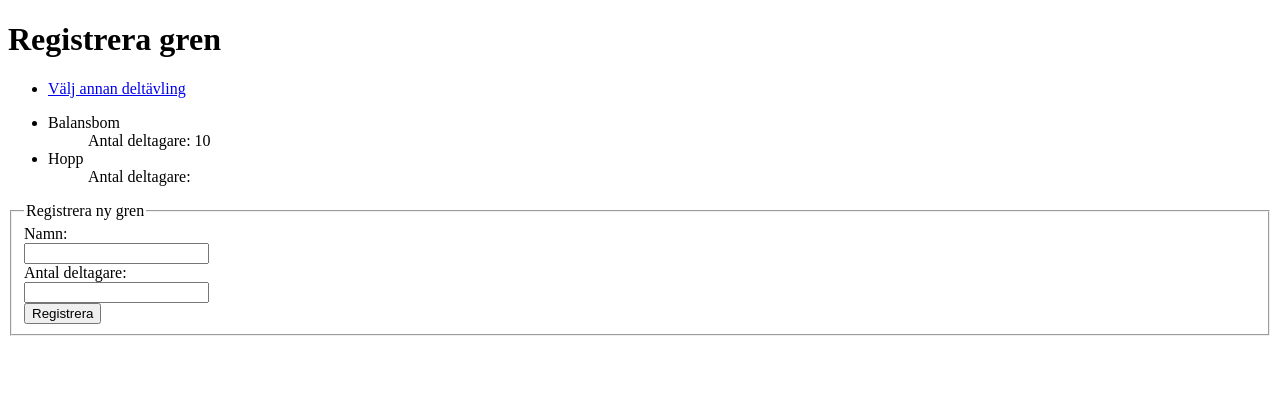
Repository: dt222cc/1dv404-dt222cc-laborationer
Page: Laboration 3/Registrera Gren/registreraGren.html
The author's editor kept a record of every edit. The page is drawn from the files as they stood at one moment, then again after the next edit.
The browser window is 1280 px wide. The pictures show the whole page.

Above is the page before.

### Laboration 3/Registrera Gren/registreraGren.html
<!DOCTYPE html>
<html lang="sv">
    <head>
    	<meta charset="UTF-8" />
     	<title>Registrera Gren</title>
        <link rel="stylesheet" type="text/css" href="css/style.css">
    </head>

    <body>
        <div id="container">
            <header>
                <h1>Registrera gren</h1>
            </header>

            <nav>
                <ul>
                    <li><a href="#">Välj annan deltävling</a></li>
                </ul>
            </nav>

            <main>
                <div id="main">

                    <div id="grenar">
                        <ul id="grenID">
                            <li id="gren1">
                                <dt>Balansbom</dt>
                                <dd>Antal deltagare: 10</dd>
                            </li>
                            <li id="gren2">
                                <dt>Hopp</dt>
                                <dd>Antal deltagare: </dd>
                            </li>
                        </ul>
                    </div>

                    <form name="registreragrenform" id="registreragrenform" method="post" action="">
                        <fieldset>
                            <legend>Registrera ny gren</legend>

                            <label for="namn">Namn:</label> <br />
                            <input type="text" name="namn" id="name" /> <br />

                            <label for="storlek">Antal deltagare:</label> <br />
                            <input type="text" name="storlek" id="size" /> <br />

                            <input type="button" id="register" value="Registrera" />
                        </fieldset>
                    </form>
                </div>
            </main>
        </div>

        <script type="text/javascript" src="script/registreraGren.js"></script>
    </body>
</html>

Loaded but not shown: Laboration 3/Registrera Gren/script/registreraGren.js (no copy from this time; the picture is the same without it); Laboration 3/Registrera Gren/css/style.css (no stored copy; drawn as an empty file)

After the next edit:
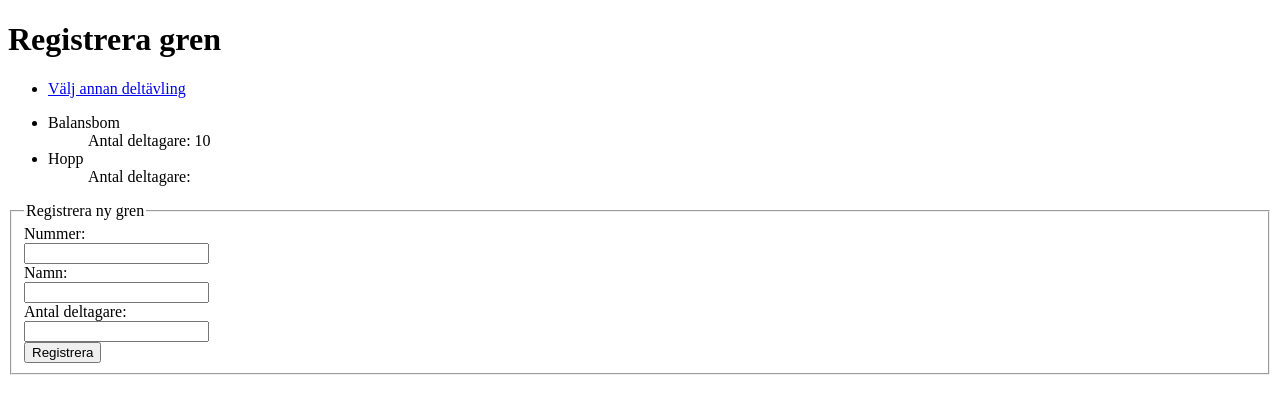
The edit:
--- a/Laboration 3/Registrera Gren/registreraGren.html
+++ b/Laboration 3/Registrera Gren/registreraGren.html
@@ -38,6 +38,9 @@
                         <fieldset>
                             <legend>Registrera ny gren</legend>
 
+                            <label for="nummer">Nummer:</label> <br />
+                            <input type="text" name="nummer" id="number" /> <br />
+
                             <label for="namn">Namn:</label> <br />
                             <input type="text" name="namn" id="name" /> <br />
 
